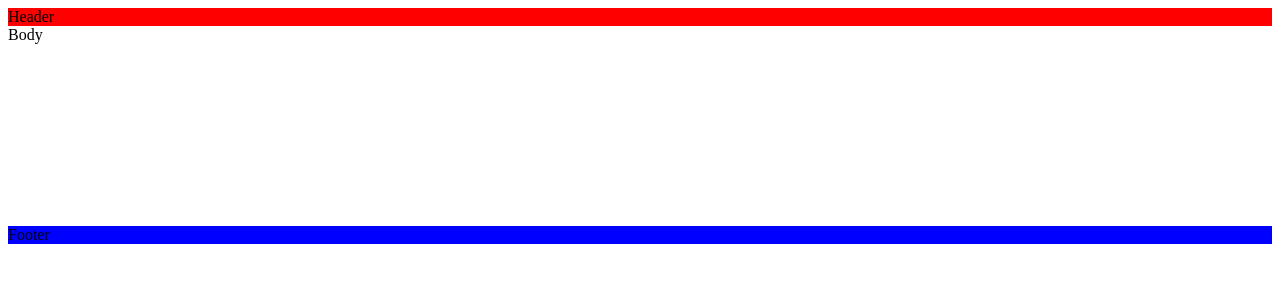
Repository: ryotaro516/Samurai_JS
Page: test5.html
The author's editor kept a record of every edit. The page is drawn from the files as they stood at one moment, then again after the next edit.
The browser window is 1280 px wide. The pictures show the whole page.

Above is the page before.

### test5.html
<html lang="ja">
    <head>
        <style>
            header {
                background-color: red;
                }

            footer {
                background-color: blue;
            }

            .size {
                height: 200px;
            }
        </style>
    </head>
    <body>
        <header>Header</header>
        <div class="size">Body</div>
        <footer>Footer</footer>
    </body>
</html>

After the next edit:
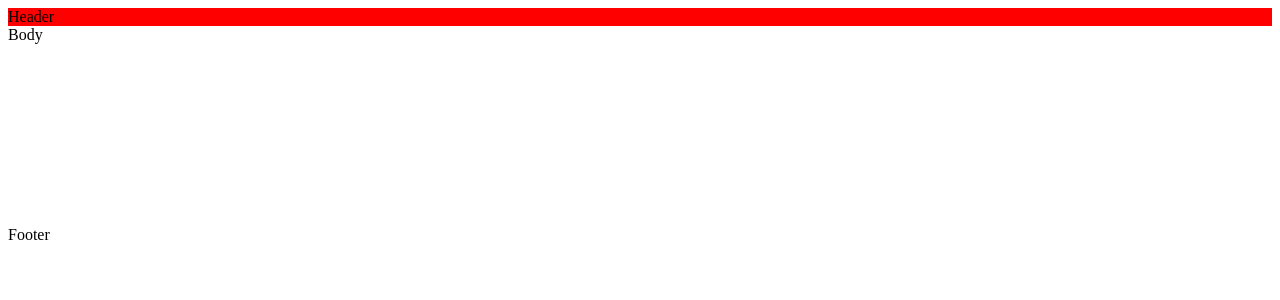
The edit:
--- a/test5.html
+++ b/test5.html
@@ -17,6 +17,6 @@
     <body>
         <header>Header</header>
         <div class="size">Body</div>
-        <footer>Footer</footer>
+        <div id="footer">Footer</div>
     </body>
 </html>

After the edit that followed:
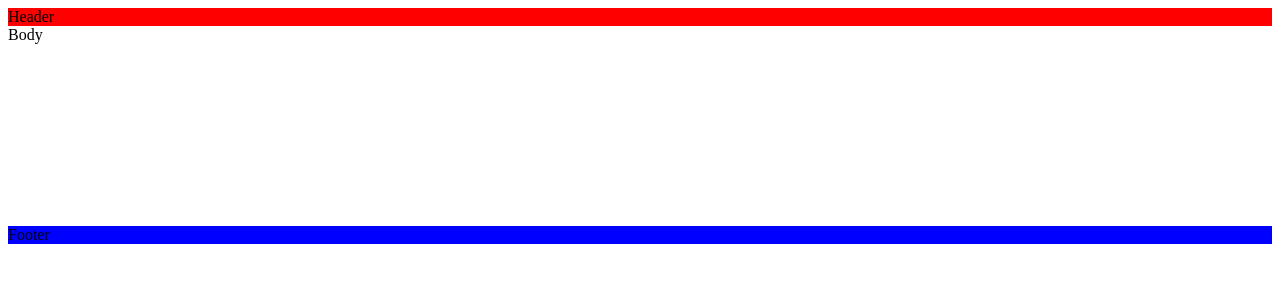
The edit:
--- a/test5.html
+++ b/test5.html
@@ -5,7 +5,7 @@
                 background-color: red;
                 }
 
-            footer {
+            #footer {
                 background-color: blue;
             }
 
